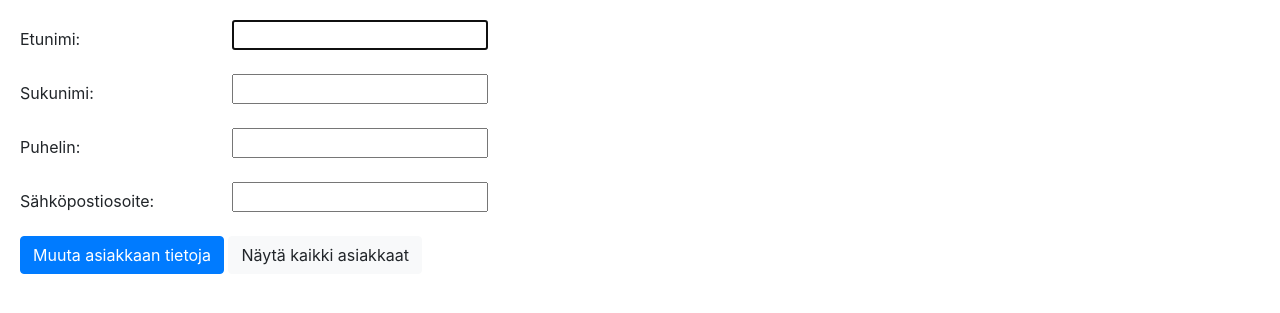
Repository: sarastu5/javaohjelmointi
Page: http://localhost/AsiakkaatWeb/muutaasiakas.jsp
The author's editor kept a copy of each file at every save. The page is drawn from the files as they stood at one save, then again after the next save.
The browser window is 1280 px wide. The pictures show the whole page.
Some web libraries are served in a nearby version. The page is served by Tomcat 9. The session is filled in as if someone had signed in: {"kayttaja": 1}. Other server files are loaded and not shown.

Above is the page before, as saved 2018-05-04 19:16:22.

### Java EE/AsiakkaatWeb/WebContent/muutaasiakas.jsp
<%@include file="onkokirjauduttu.jsp" %>
<%@ page language="java" contentType="text/html; charset=ISO-8859-1"
    pageEncoding="ISO-8859-1"%>
<!DOCTYPE html PUBLIC "-//W3C//DTD HTML 4.01 Transitional//EN" "http://www.w3.org/TR/html4/loose.dtd">
<html>
<head>
<meta http-equiv="Content-Type" content="text/html; charset=ISO-8859-1">
<script src="https://ajax.googleapis.com/ajax/libs/jquery/3.1.1/jquery.min.js"></script>
<link rel="stylesheet" type="text/css" href="main.css">
<link rel="stylesheet" href="https://stackpath.bootstrapcdn.com/bootstrap/4.1.0/css/bootstrap.min.css" integrity="sha384-9gVQ4dYFwwWSjIDZnLEWnxCjeSWFphJiwGPXr1jddIhOegiu1FwO5qRGvFXOdJZ4" crossorigin="anonymous">
<title>Asiakkaiden tietojen muutos</title>
</head>

<%
String id = "";
if(request.getParameter("id") != null) {
	id = request.getParameter("id");
}

String etunimi = "";
if(request.getParameter("etunimi") != null) {
	etunimi = request.getParameter("etunimi");
}
String sukunimi = "";
if(request.getParameter("sukunimi") != null) {
	sukunimi = request.getParameter("sukunimi");
}
String puhelin = "";
if(request.getParameter("puhelin")!= null) {
	puhelin = request.getParameter("puhelin");
}

String sposti = "";
if(request.getParameter("sposti")!= null){
	sposti = request.getParameter("sposti");
}
%>

<body>
	<div class="lomake">
		<form action="MuutaAsiakas" method="post">
			<div class="form-group row">
			   	<label for="etunimi" class="col-sm-2 col-form-label">Etunimi:</label>
			   	<div class="col-sm-6">
			    	<input type="text" name="etunimi" id=etunimi value="<%=etunimi%>">
			    </div>
		  	</div>
		  	<div class="form-group row">
			   	<label for="sukunimi" class="col-sm-2 col-form-label">Sukunimi:</label>
			    <div class="col-sm-6">
			      	<input type="text" name="sukunimi" id="sukunimi" value="<%=sukunimi%>">
			    </div>
		  	</div>
		  	<div class="form-group row">
			   	<label for="puhelin" class="col-sm-2 col-form-label">Puhelin:</label>
			    <div class="col-sm-6">
			      	<input type="text" name="puhelin" id="puhelin" value="<%=puhelin%>">
			    </div>
		  	</div>
		  	<div class="form-group row">
			   	<label for="sposti" class="col-sm-2 col-form-label">Sähköpostiosoite:</label>
			    <div class="col-sm-6">
			      	<input type="text" name="sposti" id="sposti" value="<%=sposti%>">
			    </div>
		  	</div>
		  	<button type="submit" class="btn btn-primary" value="lisää">Muuta asiakkaan tietoja</button>
		  	<a href="haeasiakkaat.jsp"><button type="button" class="btn btn-light">Näytä kaikki asiakkaat</button></a>
		</form>
	</div>
		<!--
		<table border="1">
			<tr>
				<td align="right">Etunimi:</td>
				<td><input type="text" name="etunimi" id=etunimi value="<%=etunimi%>"></td>
			</tr>
			<tr>
				<td align="right">Sukunimi:</td>
				<td><input type="text" name="sukunimi" id="sukunimi" value="<%=sukunimi%>"></td>
			</tr>
			<tr>
				<td align="right">Puhelin:</td>
				<td><input type="text" name="puhelin" id="puhelin" value="<%=puhelin%>"></td>
			</tr>
			<tr>
				<td align="right">Sähköposti:</td>
				<td><input type="text" name="sposti" id="sposti" value="<%=sposti%>"></td>
			</tr>
			<tr>
				<td colspan="2"><input type="submit" value="Muuta"></td>
			</tr>
		</table>
		<input type="hidden" name="id" value="<%=id%>">
	</form>
	-->

	<script>
		$(document).ready(function(){
			$("#etunimi").focus();
	    $("#kaikki").click(function(){
	    	window.location.href = 'haeasiakkaat.jsp';
	    });
		});
	</script>

	<script src="https://code.jquery.com/jquery-3.3.1.slim.min.js" integrity="sha384-q8i/X+965DzO0rT7abK41JStQIAqVgRVzpbzo5smXKp4YfRvH+8abtTE1Pi6jizo" crossorigin="anonymous"></script>
	<script src="https://cdnjs.cloudflare.com/ajax/libs/popper.js/1.14.0/umd/popper.min.js" integrity="sha384-cs/chFZiN24E4KMATLdqdvsezGxaGsi4hLGOzlXwp5UZB1LY//20VyM2taTB4QvJ" crossorigin="anonymous"></script>
	<script src="https://stackpath.bootstrapcdn.com/bootstrap/4.1.0/js/bootstrap.min.js" integrity="sha384-uefMccjFJAIv6A+rW+L4AHf99KvxDjWSu1z9VI8SKNVmz4sk7buKt/6v9KI65qnm" crossorigin="anonymous"></script>
</body>
</html>

### Java EE/AsiakkaatWeb/WebContent/onkokirjauduttu.jsp
<%
if (session.getAttribute("kayttaja")==null) {
	response.sendRedirect("index.jsp");
	return;
}
%>

### Java EE/AsiakkaatWeb/WebContent/main.css
td.otsikko {
	font-weight: bold;
}

.lomake {
	padding: 20px;
}

.container-fluid {
	padding: 20px;
}

After the next save:
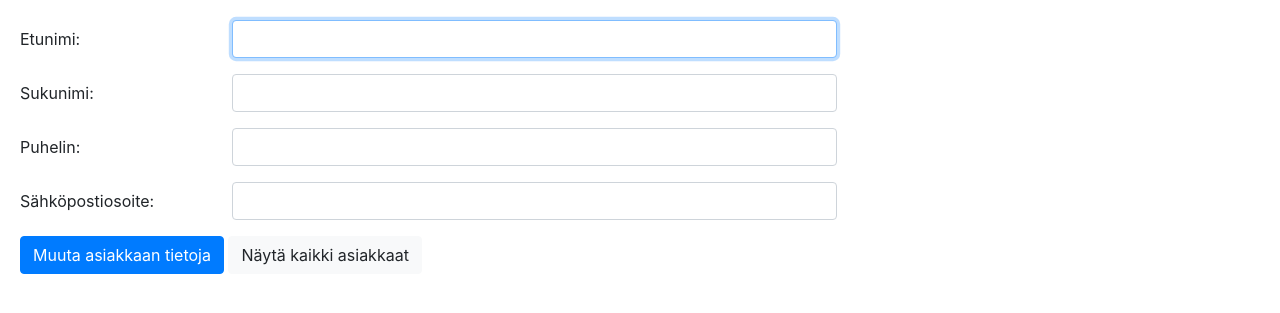
Saved 36 min 19 s later.
--- a/Java EE/AsiakkaatWeb/WebContent/muutaasiakas.jsp
+++ b/Java EE/AsiakkaatWeb/WebContent/muutaasiakas.jsp
@@ -42,25 +42,25 @@ if(request.getParameter("sposti")!= null){
 			<div class="form-group row">
 			   	<label for="etunimi" class="col-sm-2 col-form-label">Etunimi:</label>
 			   	<div class="col-sm-6">
-			    	<input type="text" name="etunimi" id=etunimi value="<%=etunimi%>">
+			    	<input type="text" class="form-control" name="etunimi" id=etunimi value="<%=etunimi%>">
 			    </div>
 		  	</div>
 		  	<div class="form-group row">
 			   	<label for="sukunimi" class="col-sm-2 col-form-label">Sukunimi:</label>
 			    <div class="col-sm-6">
-			      	<input type="text" name="sukunimi" id="sukunimi" value="<%=sukunimi%>">
+			      	<input type="text" class="form-control" name="sukunimi" id="sukunimi" value="<%=sukunimi%>">
 			    </div>
 		  	</div>
 		  	<div class="form-group row">
 			   	<label for="puhelin" class="col-sm-2 col-form-label">Puhelin:</label>
 			    <div class="col-sm-6">
-			      	<input type="text" name="puhelin" id="puhelin" value="<%=puhelin%>">
+			      	<input type="text" class="form-control" name="puhelin" id="puhelin" value="<%=puhelin%>">
 			    </div>
 		  	</div>
 		  	<div class="form-group row">
 			   	<label for="sposti" class="col-sm-2 col-form-label">Sähköpostiosoite:</label>
 			    <div class="col-sm-6">
-			      	<input type="text" name="sposti" id="sposti" value="<%=sposti%>">
+			      	<input type="text" class="form-control" name="sposti" id="sposti" value="<%=sposti%>">
 			    </div>
 		  	</div>
 		  	<button type="submit" class="btn btn-primary" value="lisää">Muuta asiakkaan tietoja</button>
